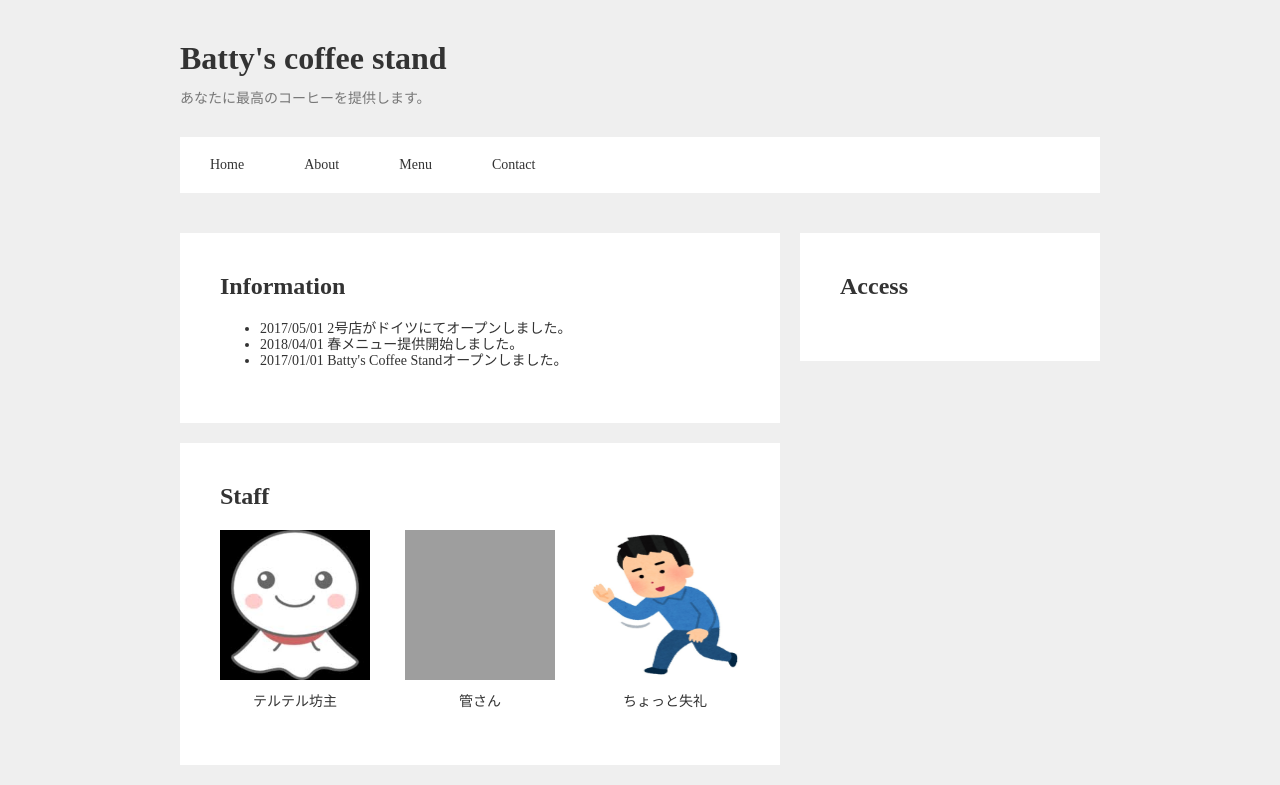
Repository: adahiroOno/front5
Page: html/batty_coffee_stand/index.html
The author's editor kept a record of every edit. The page is drawn from the files as they stood at one moment, then again after the next edit.
The browser window is 1280 px wide. The pictures show the whole page.
Pictures or frames that could not be fetched are drawn as grey boxes.

Above is the page before.

After the next edit:
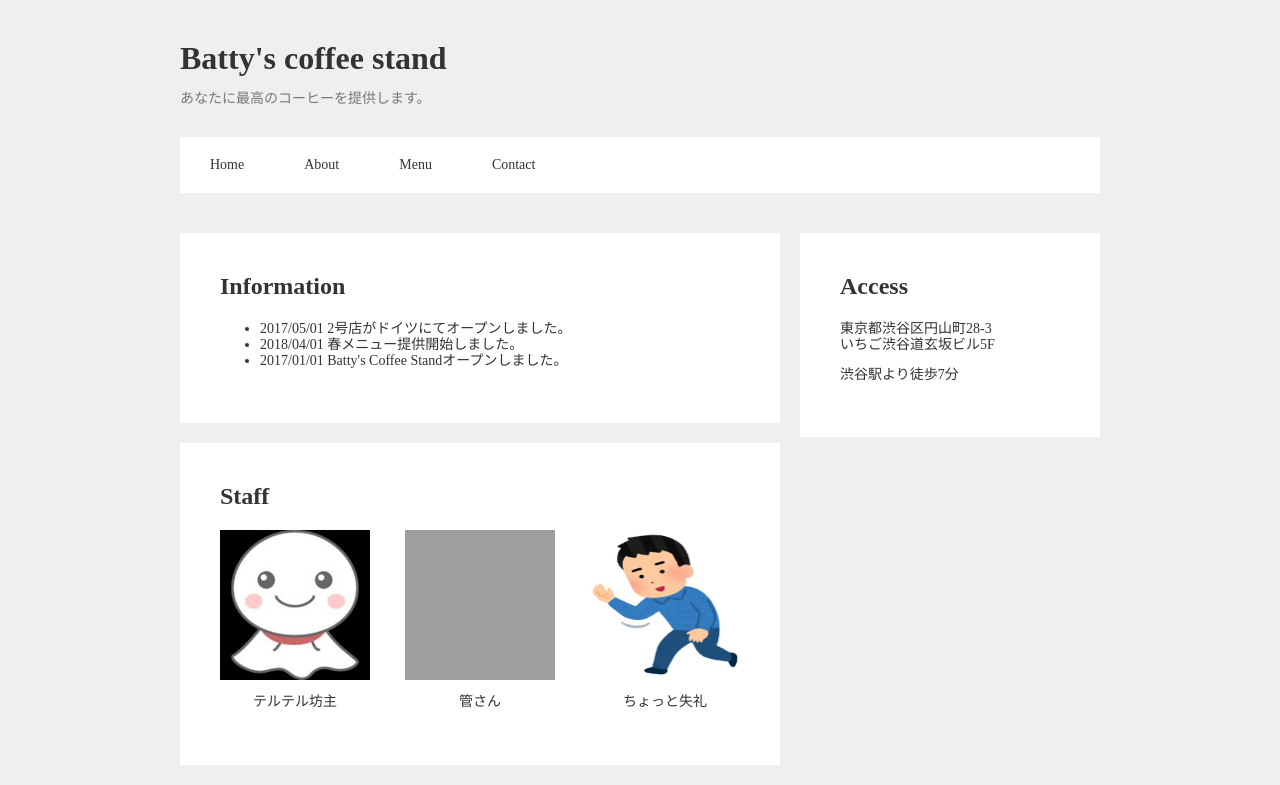
The edit:
--- a/html/batty_coffee_stand/index.html
+++ b/html/batty_coffee_stand/index.html
@@ -55,6 +55,8 @@
       <div class="right-contents">
         <div class="card-contents">
           <h2 class="text-title">Access</h2>
+          <p>東京都渋谷区円山町28-3<br>いちご渋谷道玄坂ビル5F</p>
+          <p>渋谷駅より徒歩7分</p>
         </div>
       </div>
     </div>
